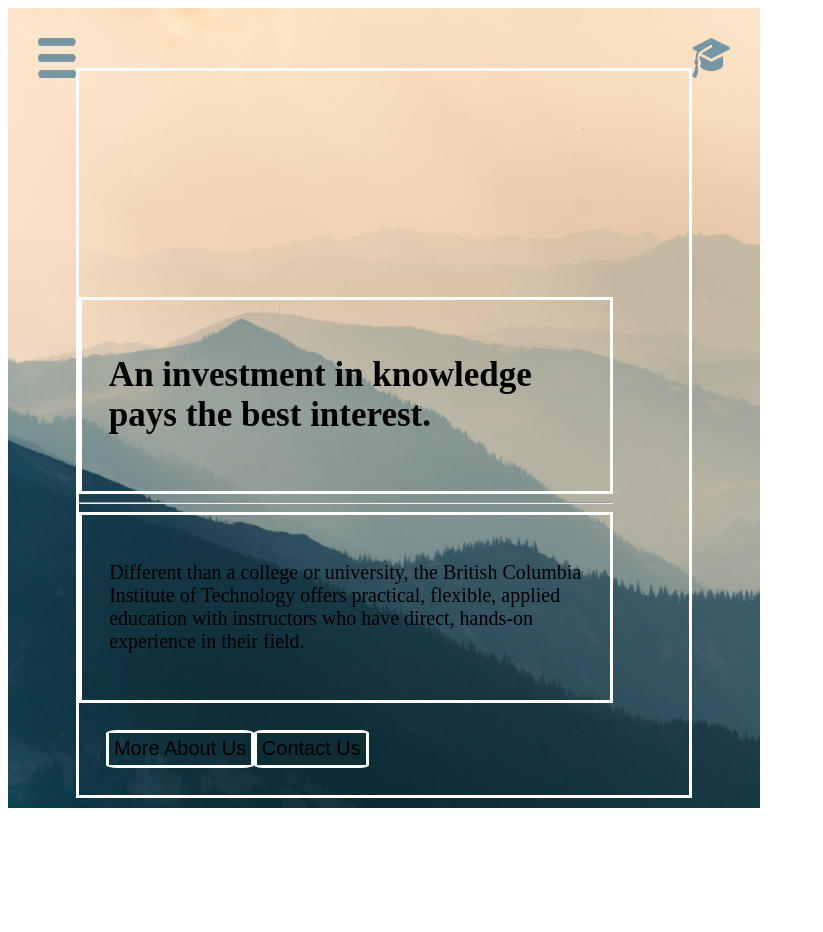
Repository: sierralaurent/MDIA2109-Assignment01
Page: /
An editor plug-in stored every save of this project. The page is shown before and after the next save, followed by the edit.
The browser window is 768 px wide. The page is 823 px wide, so the pictures cover 823 px, including what lies to the right of the window. The pictures show the whole page.
The project was rebuilt for these pictures with package versions that can differ from the ones it lists, and the page was loaded fresh each time. The framework's server and built-in components were replaced by stand-ins that run in the browser. Also part of the build but not shown: next.config.js.

Above is the page before, as saved 2023-02-05 13:06:18.

### pages/index.js
import Head from 'next/head'
import Image from 'next/image'
import { Inter } from '@next/font/google'
import styles from '@/styles/Home.module.css'
import Link from 'next/link'


const inter = Inter({ subsets: ['latin'] })

export default function Home() {
  return (
    <>
    <nav>
      <Head>
        <title>Home</title>
        <meta name="author" content="MDIA 2109" />
        <meta property="og:title" content="Assignment #1 - Home Page" />
        <meta property="og:description" content="BCIT Digital Design and Development Diploma" />
        <link rel="icon" href="/favicon.png" />
        </Head>
        <main className={styles.main} >
          <div className={styles.nav}>
            <img src="icons/menu-icon.png" className={styles.icon1}/>
            <img src="icons/graduation-hat.png" className={styles.icon2}/>
          </div>
          <div className={styles.middle}>
            <div >
            <div className={styles.intro}>
            <h1>An investment in knowledge pays the best interest.</h1>
            </div>
            <hr></hr>
            <div className={styles.intro2}>
            <p>Different than a college or university, the British Columbia Institute of Technology offers practical, flexible, applied education with instructors who have direct, hands-on experience in their field.</p>
            </div>
            </div>

            <div className={styles.buttons}>
            <Link href="/about">
          <button className={styles.butt}>More About Us</button>
        </Link>
        <Link href="/contact">
        <button className={styles.butt}>Contact Us</button>
        </Link>
            </div>
            </div>
          <div className={styles.bottom}>
            <a href="/about">
              <span className={styles.icon3}>
                <img src="icons/downwardArrow.png"/>
              </span>
            </a>
          </div>
        </main>
    </nav>
    </>
  )
}

### styles/Home.module.css
.main {
  background-image: url('../public/background-images/backgroundMountain.jpg');
  background-size: cover;
  height: 100vh;
}

.nav {
  padding: 4%;
}

.buttons {
  padding: 5%;
  bottom: 6rem;
  left: 1rem;
}

.butt {
  border: 3px solid white;
  border-radius: 8%;
  background-color: transparent;
  font-size: 25px;
  width: fit-content;
  padding: 1%;

}

.butt:hover {
  background-color: white;
  color: black;
}

.intro {
  display: flex;
  justify-content: left;
  flex-direction: row;
  border: 3px solid white;

}

.intro2 {
  display: flex;
  justify-content: left;
  flex-direction: row;
  border: 3px solid white;
  font-size: 25px;
  padding: 5%;
}

.intro h1 {
  font-size: 50px;
  padding: 5%;
  flex-direction: row;
}
.intro p {
  font-size: 30px;
  padding: 5%;
  flex-direction: row;
}

.middle {
  border: 3px solid white;
  display: flex;
  flex-direction: column;
  justify-content: left;
  align-items: left;
  padding-top: 30%;
  padding-right: 30%;
}

.icon1 {
  width: 5vw;
  height: 5vh;
  float: left;
}

.icon2 {
  width: 5vw;
  height: 5vh;
  float: right;
}

.icon3 {
  width: 5vw;
  height: 5vh;
  float: right;
}

.bottom {

  bottom: 10rem;
  right: 5rem;
}

/* Desktop */
@media only screen and (min-width: 1000px) {
    .intro {
      max-width: 600px;
    }
    .intro2 {
      max-width: 600px;
    }
}


/* Tablet or iPad Air */
@media only screen and (min-width: 600px) and (max-width: 999px ) {
    .intro {
      max-width: 800px;
    }
    .middle {
      padding-right: 10%;
    }
    .intro h1 {
      font-size: 35px;
    }
    .intro2 p {
      font-size: 20px;
    }
    .butt {
      font-size: 20px;
    }
}

/* Mobile or iPhone XR */
@media only screen and (max-width: 599px ) {
  .intro {
    max-width: 800px;
  }
  .middle {
    padding-right: 10%;
  }
  .intro h1 {
    font-size: 28px;
  }
  .intro2 p {
    font-size: 18px;
  }
  .butt {
    font-size: 18px
  }
}

Loaded but not shown: pages/_document.js (common file); pages/api/hello.js (common file)

After the next save:
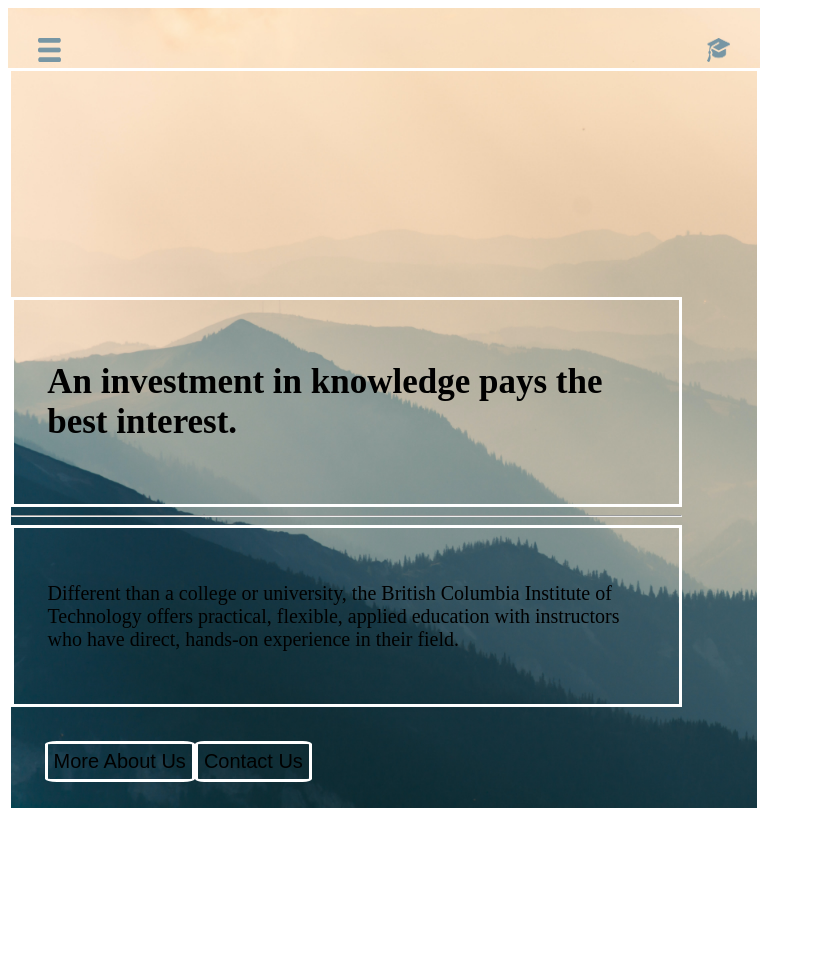
Saved 94 s later.
--- a/styles/Home.module.css
+++ b/styles/Home.module.css
@@ -119,6 +119,14 @@
     .butt {
       font-size: 20px;
     }
+    .icon1 {
+      width: 3vw;
+      height: 3vh;
+    }
+    .icon2 {
+      width: 3vw;
+      height: 3vh;
+    }
 }
 
 /* Mobile or iPhone XR */

After the save that followed:
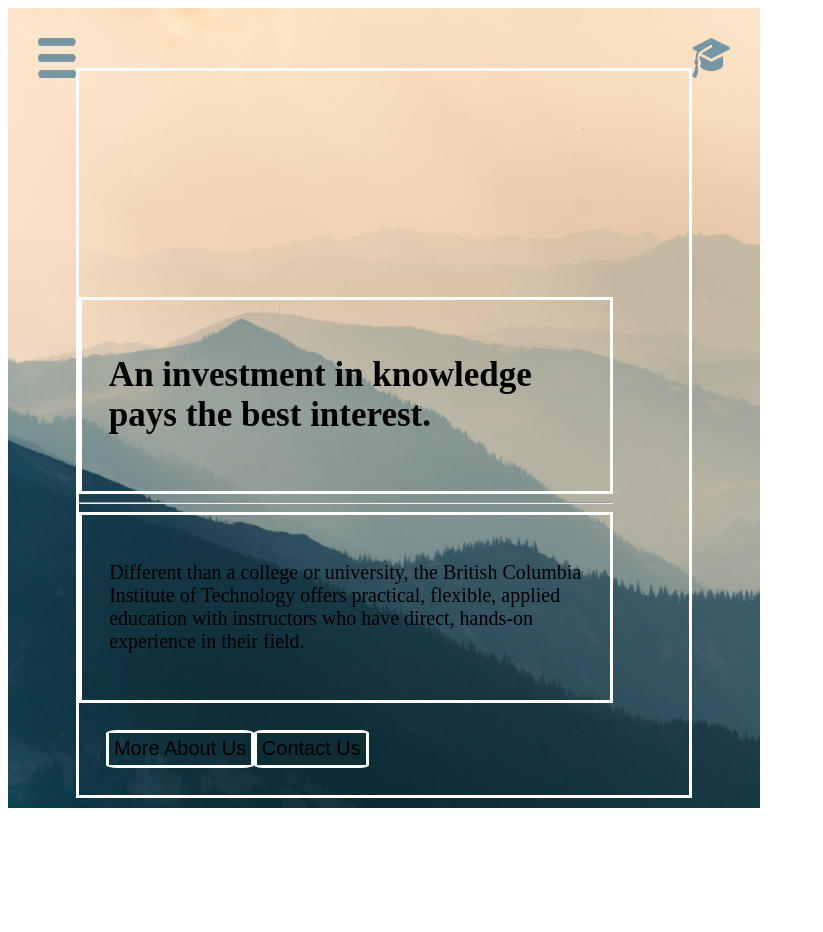
Saved 15 s later.
--- a/styles/Home.module.css
+++ b/styles/Home.module.css
@@ -120,12 +120,12 @@
       font-size: 20px;
     }
     .icon1 {
-      width: 3vw;
-      height: 3vh;
+      width: 5vw;
+      height: 5vh;
     }
     .icon2 {
-      width: 3vw;
-      height: 3vh;
+      width: 5vw;
+      height: 5vh;
     }
 }
 
